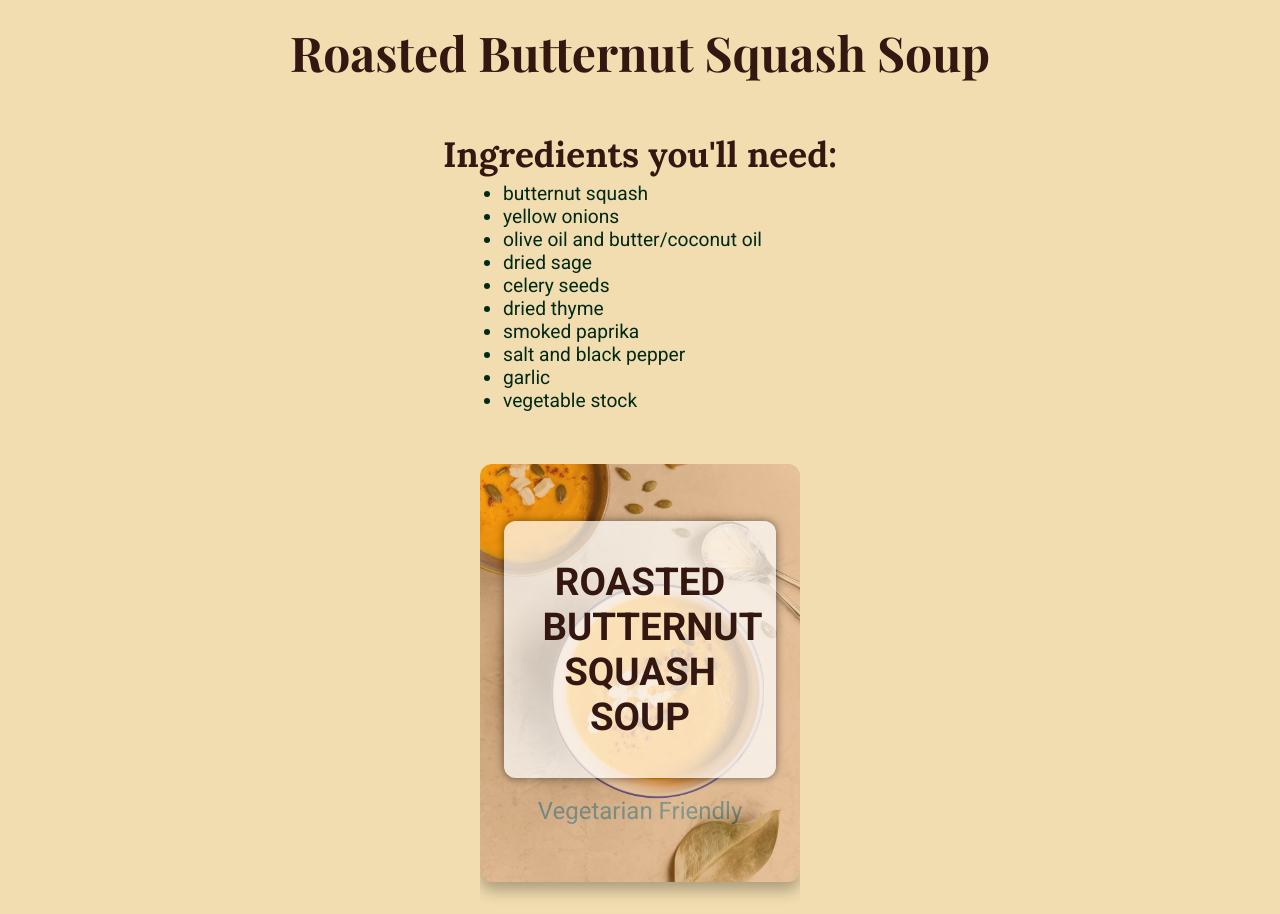
Repository: IDMX225/css-card-flip-LyssaMA
Page: src/index.html
These files come from the project's save history. The page is drawn as it stood at one moment and after the next save; the edit follows.
The browser window is 1280 px wide. The pictures show the whole page.
The style sheet was rebuilt from its Sass, Less or Tailwind sources for each picture, by a compiler version that may differ from the author's.

Above is the page before, as saved 2024-11-12 23:12:19.
Not found: src/js/index.js

After the next save:
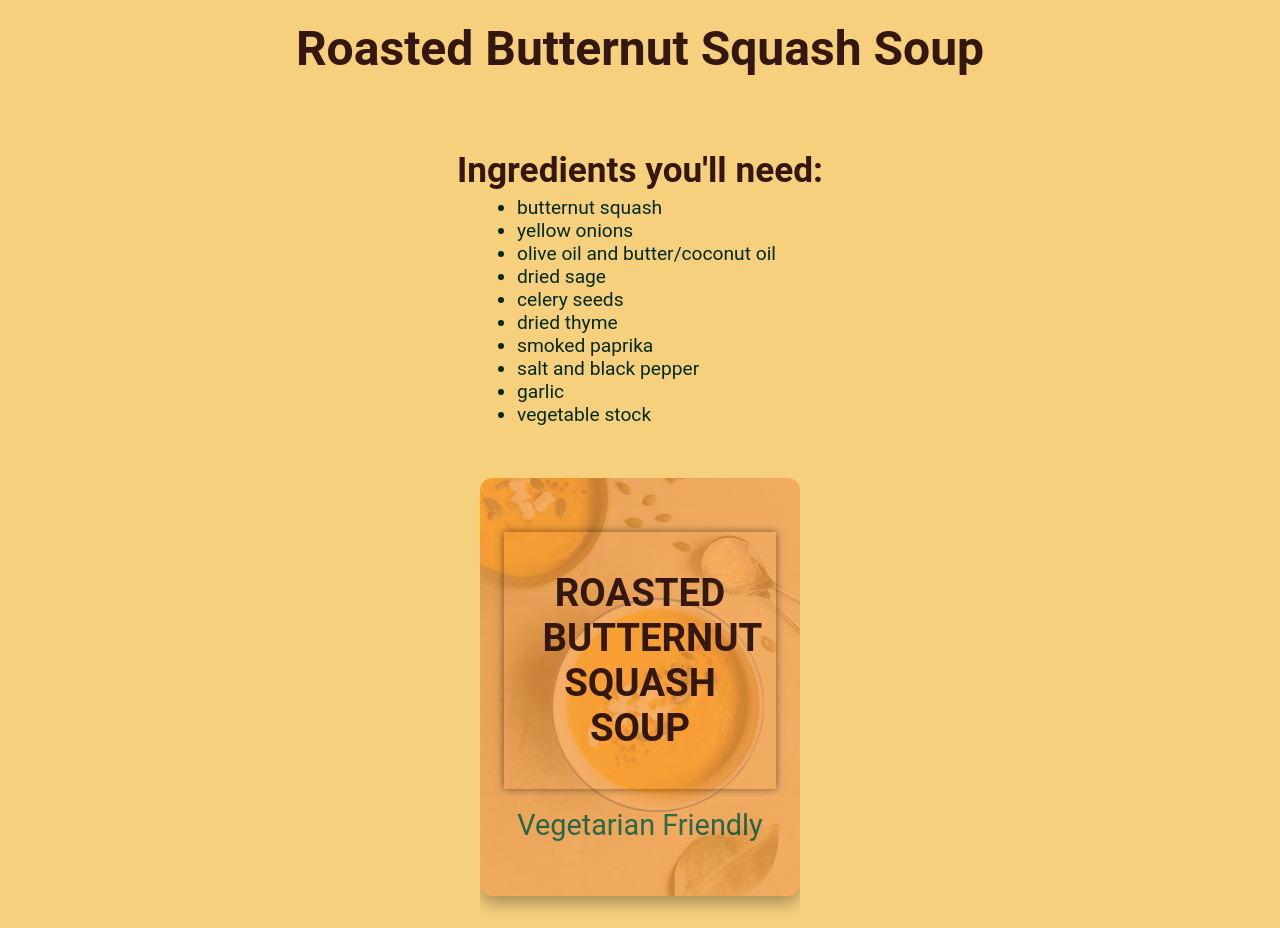
Saved 92 s later.
--- a/src/sass/main.scss
+++ b/src/sass/main.scss
@@ -1,20 +1,12 @@
-/* Import Google Fonts */
-@import url('https://fonts.googleapis.com/css2?family=Roboto:wght@400;700&display=swap');
-@import url('https://fonts.googleapis.com/css2?family=Playfair+Display:wght@400;700&display=swap');
-@import url('https://fonts.googleapis.com/css2?family=Lora:wght@400;700&display=swap');
-
 :root {
   --level-three: translateZ(9rem);
   --fw-normal: 400;
   --fw-bold: 700;
-  --clr: #e08624; /* Squash Soup Orange */
-  --clr-dark: #331710; /* Dark brown for the card back */
-  --font-family-roboto: 'Roboto', sans-serif;
-  --font-family-playfair: 'Playfair Display', serif;
-  --font-family-lora: 'Lora', serif;
+  --clr: #f59e42; /* Squash Soup Orange */
+  --clr-dark: #331710; /* Dark brown for card back */
+  --font-family: 'Roboto', sans-serif;
 }
 
-/* Universal Reset */
 *,
 *::before,
 *::after {
@@ -22,23 +14,22 @@
   margin: 0;
 }
 
-/* Body */
 body {
-  font-family: var(--font-family-roboto);
+  font-family: var(--font-family);
   height: 100vh;
   display: grid;
   place-items: center;
   padding: 20px;
-  background-color: #f1ddb0;
+  background-color: #f7d07d; /* Set background to the yellow color you want */
 }
 
-/* Title Above Card */
+/* Title Above the Card */
 .title-above-card {
-  font-family: var(--font-family-playfair);
+  font-family: var(--font-family);
   font-size: 3rem;
   font-weight: var(--fw-bold);
   text-align: center;
-  margin-bottom: 1em;
+  margin-bottom: 1.5em;
   color: #331710;
 }
 
@@ -49,7 +40,7 @@ body {
 }
 
 .ingredients-heading {
-  font-family: var(--font-family-lora);
+  font-family: var(--font-family);
   font-size: 2.2rem;
   font-weight: var(--fw-bold);
   color: #331710;
@@ -58,7 +49,7 @@ body {
 
 .ingredients-list {
   text-align: left;
-  font-family: var(--font-family-roboto);
+  font-family: var(--font-family);
   font-size: 1.2rem;
   color: #022915; /* Dark green color */
   list-style-type: disc;
@@ -69,7 +60,7 @@ body {
 .card {
   width: 320px;
   height: 450px;
-  perspective: 1200px; /* 3D Perspective */
+  perspective: 1000px;
   border-radius: 12px;
   overflow: hidden;
   padding-bottom: 2em;
@@ -77,8 +68,6 @@ body {
   flex-direction: column;
   position: relative;
   margin-top: 20px;
-  margin-bottom: 10px;
-  transition: transform 0.8s ease-out; /* Smooth scaling */
 }
 
 /* Card Content */
@@ -91,7 +80,7 @@ body {
 }
 
 .card:hover .card__content {
-  transform: rotateY(180deg); /* 3D Flip Effect */
+  transform: rotateY(180deg);
 }
 
 /* Front and Back of the Card */
@@ -115,7 +104,7 @@ body {
 /* Front of the Card */
 .card__front {
   background-color: var(--clr);
-  color: #022c17;
+  color: #034d28;
   padding: 1.5em;
   border-radius: 12px;
   box-shadow: 0 8px 16px rgba(0, 0, 0, 0.3);
@@ -139,14 +128,14 @@ body {
   width: 100%;
   height: 100%;
   object-fit: cover;
-  opacity: 0.6; /* Slightly higher opacity for better visibility */
+  opacity: 0.3;
   z-index: 0;
   object-position: center;
 }
 
 /* Title on Card Front */
 .card__title {
-  font-family: var(--font-family-roboto); /* Changed back to Roboto */
+  font-family: var(--font-family);
   font-size: 2.4rem;
   font-weight: var(--fw-bold);
   text-transform: uppercase;
@@ -159,17 +148,30 @@ body {
   width: 100%;
   box-sizing: border-box;
   margin-bottom: 0.5em;
-  background-color: rgba(255, 255, 255, 0.7); /* Added background color for better visibility */
-  border-radius: 12px; /* Optional: to match the rounded corners */
 }
 
 /* Subtitle on Card */
 .card__subtitle {
-  font-family: var(--font-family-roboto);
-  font-size: 1.5rem;
+  font-family: var(--font-family);
+  font-size: 1.8rem;
   font-weight: var(--fw-normal);
   text-align: center;
   margin-top: 0;
+}
+
+/* Image on Front of Card */
+.card__image {
+  position: absolute;
+  top: 0;
+  left: 0;
+  right: 0;
+  bottom: 0;
+  object-fit: cover;
+  opacity: 0.2;
+  z-index: 0;
+  width: 100%;
+  height: 100%;
+  object-position: center;
 }
 
 /* Back of the Card */
@@ -185,9 +187,8 @@ body {
   overflow: hidden;
 }
 
-/* Body Text on Back */
 .card__body {
-  font-family: var(--font-family-roboto);
+  font-family: var(--font-family);
   font-size: 1.1rem;
   line-height: 1.5;
   text-align: center;
@@ -195,14 +196,3 @@ body {
   box-sizing: border-box;
   padding: 1em;
 }
-
-/* Hover Effects */
-.card:hover {
-  transform: scale(1.05); /* Slightly scale up the card */
-}
-
-/* Shadow Effect on Hover */
-.card:hover .card__front,
-.card:hover .card__back {
-  box-shadow: 0 8px 20px rgba(0, 0, 0, 0.3), 0 0 30px rgba(0, 0, 0, 0.5);
-}
